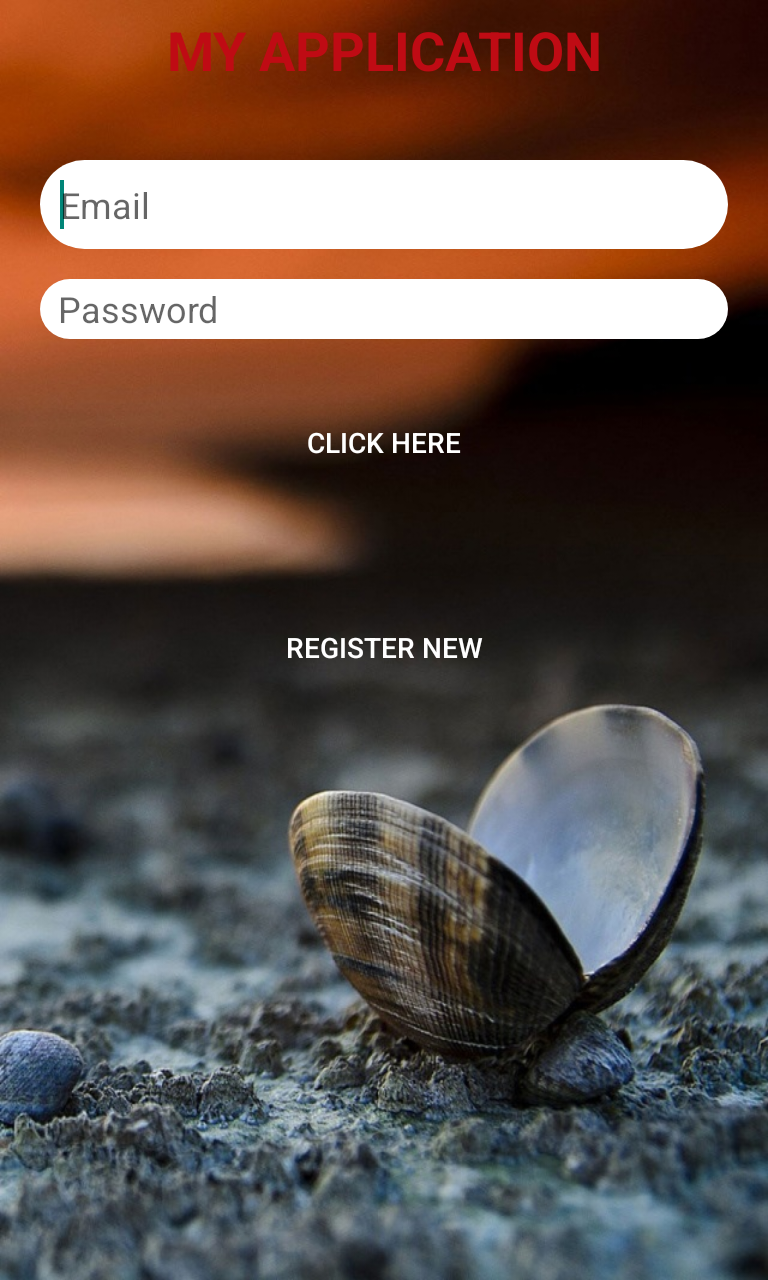
Repository: adarshnair13/message
Layout: myproject/res/layout/adarsh.xml
An editor plug-in stored every save of this project. The layout is shown before and after the next save, followed by the edit.
It is drawn on a 768 x 1280 px phone screen (xhdpi) without system bars, with theme AppTheme; the app's code is not run.

Above is the layout before, as saved 2015-04-17 07:16:27.

### myproject/res/layout/adarsh.xml
<?xml version="1.0" encoding="utf-8"?>
<LinearLayout xmlns:android="http://schemas.android.com/apk/res/android"
    android:layout_width="match_parent"
    android:layout_height="match_parent"
    android:background="@drawable/shells"
    android:orientation="vertical" >

    <TextView
        android:id="@+id/textView1"
        android:layout_width="match_parent"
        android:layout_height="50dp"
        android:gravity="center"
        android:text="MY APPLICATION"
        android:textColor="#BF0B14"
        android:textSize="27dp"
        android:textStyle="bold" />

    <EditText
        android:id="@+id/editText1"
        android:layout_width="match_parent"
        android:layout_height="wrap_content"
        android:layout_marginLeft="20dp"
        android:layout_marginRight="20dp"
        android:layout_marginTop="30dp"
        android:background="@drawable/curve"
        android:padding="10dp"
        android:ems="10"
        android:hint="Email"
        android:inputType="textEmailAddress" >

        <requestFocus />
    </EditText>

    <EditText
        android:id="@+id/editText2"
        android:layout_width="match_parent"
        android:layout_height="30dp"
        android:layout_marginLeft="20dp"
        android:layout_marginRight="20dp"
        android:layout_marginTop="15dp"
        android:background="@drawable/curve"
        android:ems="10"
        android:hint="  Password"
        android:inputType="textPassword" />

    <Button
        android:id="@+id/button1"
        style="?android:attr/buttonStyleSmall"
        android:layout_width="match_parent"
        android:layout_height="33dp"
        android:layout_margin="35dp"
        android:background="#00404040"
        android:onClick="ClickButton"
        android:text="Click Here"
        android:textColor="#ffffff" />

    <Button
        android:id="@+id/button2"
        style="?android:attr/buttonStyleSmall"
        android:layout_width="match_parent"
        android:layout_height="32dp"
        android:layout_margin="35dp"
        android:background="#00ffffff"
        android:onClick="PressButton"
        android:text="Register New"
        android:textColor="#ffffff" />

</LinearLayout>

### myproject/res/drawable/curve.xml
<?xml version="1.0" encoding="utf-8"?>
<shape xmlns:android="http://schemas.android.com/apk/res/android" >

    <solid android:color="#ffffff" />

    <corners android:radius="25dp" />

</shape>

Loaded but not shown: myproject/res/values/styles.xml (common file); myproject/res/values-v11/styles.xml (common file); myproject/res/values-v14/styles.xml (common file)

After the next save:
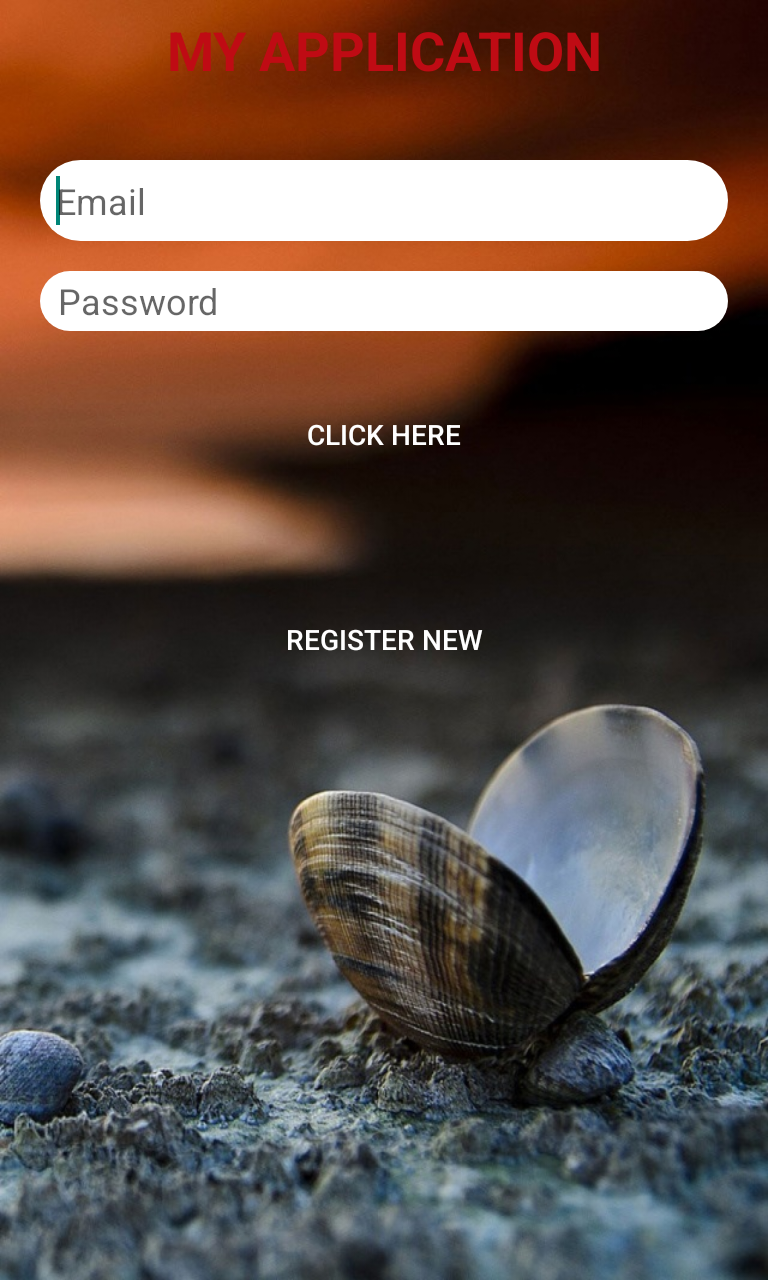
Saved 12 s later.
--- a/myproject/res/layout/adarsh.xml
+++ b/myproject/res/layout/adarsh.xml
@@ -23,7 +23,7 @@
         android:layout_marginRight="20dp"
         android:layout_marginTop="30dp"
         android:background="@drawable/curve"
-        android:padding="10dp"
+        android:padding="8dp"
         android:ems="10"
         android:hint="Email"
         android:inputType="textEmailAddress" >

After the save that followed:
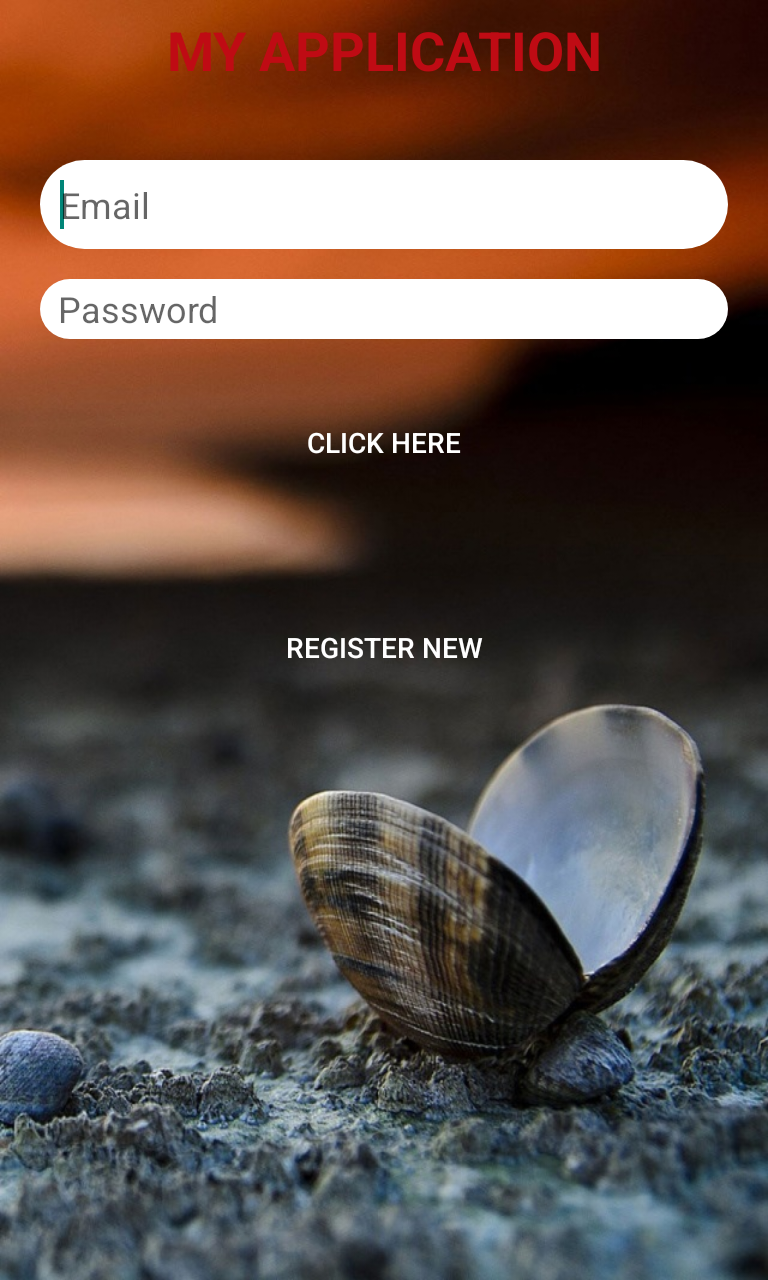
Saved 115 s later.
--- a/myproject/res/layout/adarsh.xml
+++ b/myproject/res/layout/adarsh.xml
@@ -23,7 +23,7 @@
         android:layout_marginRight="20dp"
         android:layout_marginTop="30dp"
         android:background="@drawable/curve"
-        android:padding="8dp"
+        android:padding="10dp"
         android:ems="10"
         android:hint="Email"
         android:inputType="textEmailAddress" >
